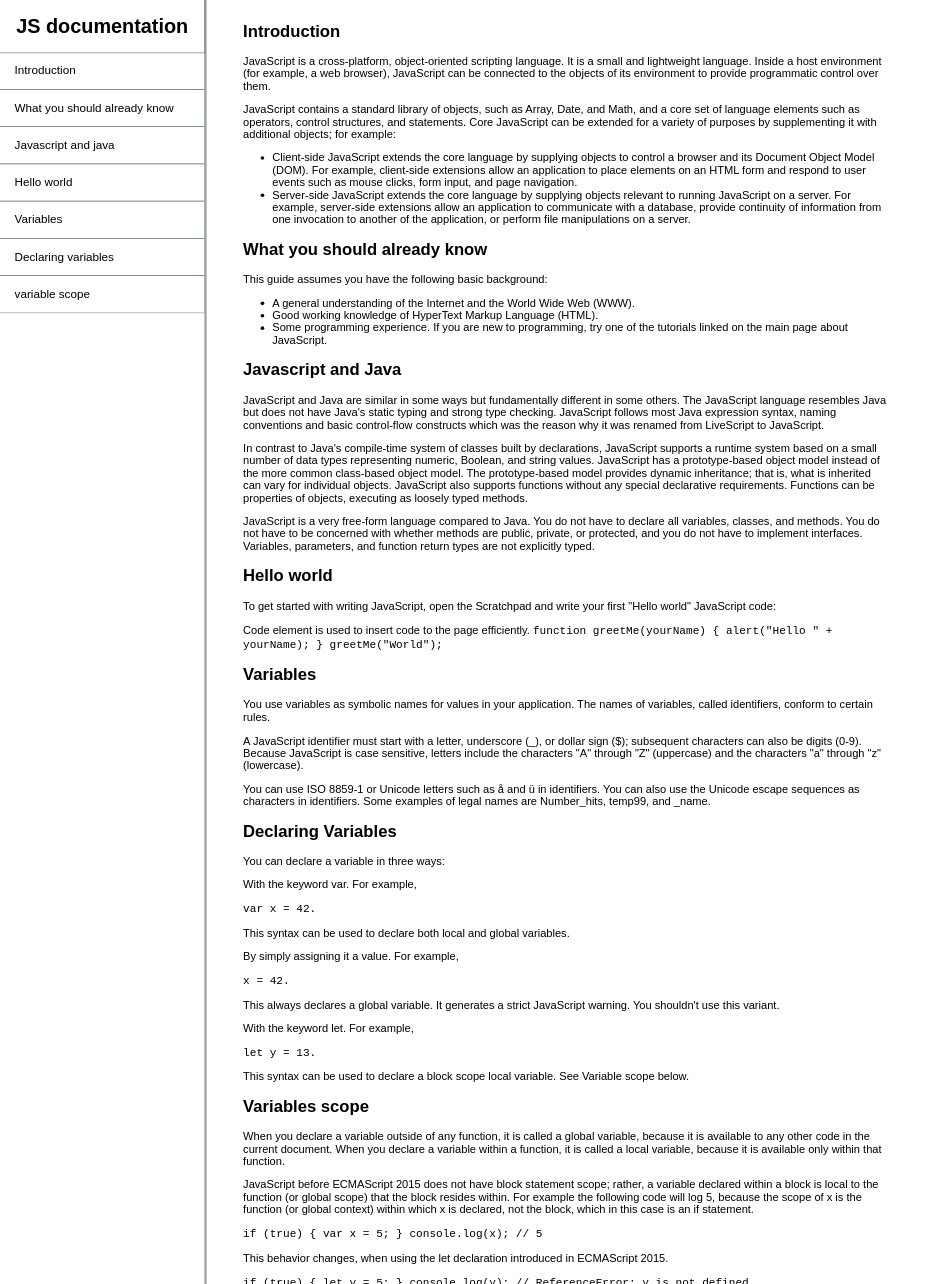
Repository: Pafestivo/Technical-documentation
Page: index.html
These files come from the project's save history. The page is drawn as it stood at one moment and after the next save; the edit follows.
The browser window is 1280 px wide. The pictures show the whole page, at 73% of full size.

Above is the page before, as saved 2022-09-07 13:57:23.

### index.html
<!DOCTYPE html>
<html lang="en">
<head>
    <meta charset="UTF-8">
    <meta name="viewport" content="width=device-width, initial-scale=1.0">
    <link rel="stylesheet" href="styles.css">
    <title>Technical Documentation Page</title>
</head>
<body>
  <nav id="navbar">
    <header>
      <h1>JS documentation</h1>
    </header>
    <ul>
      <li><a id="nav-link" href="#introduction">Introduction</a></li>
      <li><a id="nav-link" href="#what_you_should_already_know">What you should already know</a></li>
      <li><a id="nav-link" href="#javascript_and_Java">Javascript and java</a></li>
      <li><a id="nav-link" href="#hello_world">Hello world</a></li>
      <li><a id="nav-link" href="#variables">Variables</a></li>
      <li><a id="nav-link" href="#declaring_variables">Declaring variables</a></li>
      <li><a id="nav-link" href="#variable_scope">variable scope</a></li>
    </ul>
  </nav>
  <main id="main-doc">
    <section id="introduction" class="main-section">
      <h1>Introduction</h1>

      <p>JavaScript is a cross-platform, object-oriented scripting language. It is a small and lightweight language. Inside a host environment (for example, a web browser), JavaScript can be connected to the objects of its environment to provide programmatic control over them.</p>

      <p>JavaScript contains a standard library of objects, such as Array, Date, and Math, and a core set of language elements such as operators, control structures, and statements. Core JavaScript can be extended for a variety of purposes by supplementing it with additional objects; for example:</p>

      <ul>
        <li>Client-side JavaScript extends the core language by supplying objects to control a browser and its Document Object Model (DOM). For example, client-side extensions allow an application to place elements on an HTML form and respond to user events such as mouse clicks, form input, and page navigation.</li>
        <li>Server-side JavaScript extends the core language by supplying objects relevant to running JavaScript on a server. For example, server-side extensions allow an application to communicate with a database, provide continuity of information from one invocation to another of the application, or perform file manipulations on a server.</li>
      </ul>
    </section>

    <section id="what_you_should_already_know" class="main-section">
        <h1>What you should already know</h1>

        <p>This guide assumes you have the following basic background:</p>

        <ul>
          <li>A general understanding of the Internet and the World Wide Web (WWW).</li>
          <li>Good working knowledge of HyperText Markup Language (HTML).</li>
          <li>Some programming experience. If you are new to programming, try one of the tutorials linked on the main page about JavaScript.</li>
        </ul>
      </section>

      <section id="javascript_and_Java" class="main-section">
        <h1>Javascript and Java</h1>

        <p>JavaScript and Java are similar in some ways but fundamentally different in some others. The JavaScript language resembles Java but does not have Java's static typing and strong type checking. JavaScript follows most Java expression syntax, naming conventions and basic control-flow constructs which was the reason why it was renamed from LiveScript to JavaScript.</p>

        <p>In contrast to Java's compile-time system of classes built by declarations, JavaScript supports a runtime system based on a small number of data types representing numeric, Boolean, and string values. JavaScript has a prototype-based object model instead of the more common class-based object model. The prototype-based model provides dynamic inheritance; that is, what is inherited can vary for individual objects. JavaScript also supports functions without any special declarative requirements. Functions can be properties of objects, executing as loosely typed methods.</p>

        <p>JavaScript is a very free-form language compared to Java. You do not have to declare all variables, classes, and methods. You do not have to be concerned with whether methods are public, private, or protected, and you do not have to implement interfaces. Variables, parameters, and function return types are not explicitly typed.</p>
      </section>

      <section id="hello_world" class="main-section">
        <h1>Hello world</h1>
        <p>To get started with writing JavaScript, open the Scratchpad and write your first "Hello world" JavaScript code:</p>

        Code element is used to insert code to the page efficiently.
        <code>
            function greetMe(yourName) { alert("Hello " + yourName); }
            greetMe("World");
        </code>
      </section>

      <section id="variables" class="main-section">
        <h1>Variables</h1>

        <p>You use variables as symbolic names for values in your application. The names of variables, called identifiers, conform to certain rules.</p>

        <p>A JavaScript identifier must start with a letter, underscore (_), or dollar sign ($); subsequent characters can also be digits (0-9). Because JavaScript is case sensitive, letters include the characters "A" through "Z" (uppercase) and the characters "a" through "z" (lowercase).</p>

        <p>You can use ISO 8859-1 or Unicode letters such as å and ü in identifiers. You can also use the Unicode escape sequences as characters in identifiers. Some examples of legal names are Number_hits, temp99, and _name.</p>
      </section>

      <section id="declaring_variables" class="main-section">
        <h1>Declaring Variables</h1>

        <p>You can declare a variable in three ways:</p>

        <p>With the keyword var. For example,</p>
        <code>
            var x = 42.
        </code>

        <p>This syntax can be used to declare both local and global variables.</p>

        <p>By simply assigning it a value. For example,</p>
        <code>
            x = 42.
        </code>

        <p>This always declares a global variable. It generates a strict JavaScript warning. You shouldn't use this variant.</p>

        <p>With the keyword let. For example,</p>
        <code>
            let y = 13.
        </code>

        <p>This syntax can be used to declare a block scope local variable. See Variable scope below.</p>
      </section>

      <section id="variable_scope" class="main-section">
        <h1>Variables scope</h1>

        <p>When you declare a variable outside of any function, it is called a global variable, because it is available to any other code in the current document. When you declare a variable within a function, it is called a local variable, because it is available only within that function.</p>

        <p>JavaScript before ECMAScript 2015 does not have block statement scope; rather, a variable declared within a block is local to the function (or global scope) that the block resides within. For example the following code will log 5, because the scope of x is the function (or global context) within which x is declared, not the block, which in this case is an if statement.</p>
        <code>
            if (true) { var x = 5; } console.log(x); // 5
        </code>

        <p>This behavior changes, when using the let declaration introduced in ECMAScript 2015.</p>
        <code>
            if (true) { let y = 5; } console.log(y); // ReferenceError: y is
not defined
        </code>
  </main>

</body>
</html>

### styles.css
html {
  box-sizing: border-box;
  scroll-behavior: smooth;
}

body {
  font-family: sans-serif;
  display: flex;
  padding: 0;
  margin: 0;
  min-width: 290px;
}

/* Navigation bar  */
#navbar {
  border-right: solid;
  border-color: rgba(0, 22, 22, 0.4);
  min-width: 280px;
}

#navbar header {
  margin: -1px;
}

#navbar header h1{
  margin: 0;
  padding: 20px;
  font-size: 1.7rem;
  border: 1px solid rgba(0, 22, 22, 0.4);
  text-align: center;
}

#navbar ul {
  list-style: none;
  height: 90%;
  margin: 0;
  padding: 0;
  overflow-y: auto;
  overflow-x: hidden;
}

#navbar ul li {
  margin: -1px;
}

#navbar ul a {
  /* used flex to align the text vertically. */
  display: flex;
  align-items: center;
  text-decoration: none;
  color: #000;
  height: 50px;
  padding-left: 20px;
  border: 1px solid rgba(0, 22, 22, 0.4);
}

#navbar ul a:hover {
  transform: scale(1.01);
  border-color: transparent;
}
/* Navigation bar end  */

/* Main area */
#main-doc {
  padding-top: 10px;
  padding-left: 50px;
  padding-right: 60px;
  font-weight: normal;
  font-size: 0.95rem;
}
/* Main area end */

After the next save:
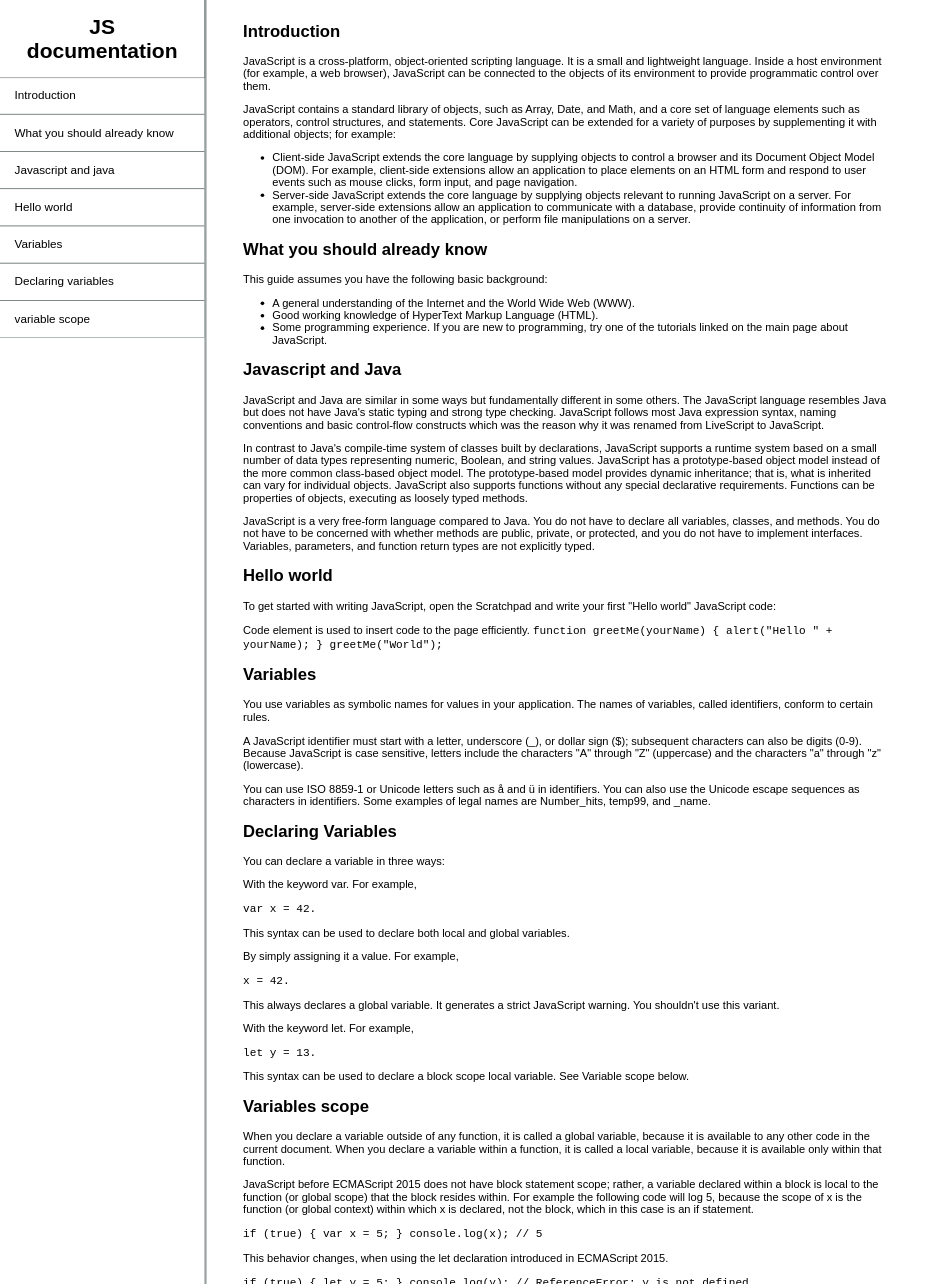
Saved 4 s later.
--- a/styles.css
+++ b/styles.css
@@ -25,7 +25,7 @@ body {
 #navbar header h1{
   margin: 0;
   padding: 20px;
-  font-size: 1.7rem;
+  font-size: 1.8rem;
   border: 1px solid rgba(0, 22, 22, 0.4);
   text-align: center;
 }
